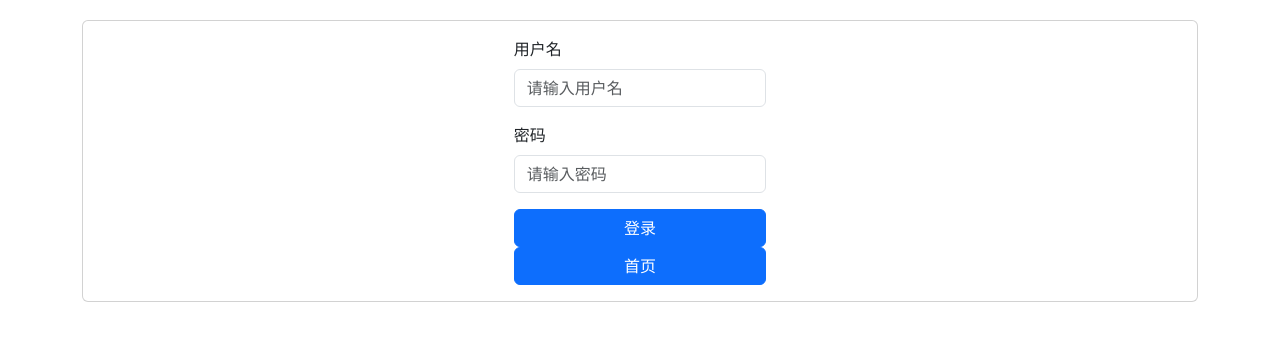
Repository: squawktop/CFS
Page: / (app in web/)
The author's editor kept a copy of each file at every save. The page is drawn from the files as they stood at one save, then again after the next save.
The browser window is 1280 px wide. The pictures show the whole page.
The project was rebuilt for these pictures with package versions that can differ from the ones it lists, and the page was loaded fresh each time. Also part of the build but not shown: web/vue.config.js, web/src/views/RegisterView.vue, web/src/components/NavBar.vue, web/src/views/HomeView.vue, web/src/views/UsersManageView.vue, web/src/views/PersonalCenterView.vue, web/src/views/GoodsManageView.vue, web/src/views/OrdersManageView.vue and 1 more.

Above is the page before, as saved 2024-03-23 16:04:14.

### web/src/App.vue
<template>
  <RouterView></RouterView>
</template>

<script>


// 导入bootstrap
import "bootstrap/dist/css/bootstrap.min.css"
import "bootstrap/dist/js/bootstrap"
// import { ref } from "vue";

// import $ from 'jquery';
export default {
  components: {

  }
  ,
  setup() {
    // const user_id = ref("");
    // const username = ref("");
    // const password = ref("");

    // $.ajax({
    //   type: "get",
    //   url: "http://127.0.0.1:3000/user/getlist",
    //   success(resp) {
    //     user_id.value = resp[0].id;
    //     username.value = resp[0].username;
    //     password.value = resp[0].password;

    //   },
    //   error() {
    //     this.user_id = "error"
    //   }
    // })




    return {

    }
  }

}

</script>

<style></style>

### web/src/router/index.js
import { createRouter, createWebHistory } from 'vue-router'
// import HomeView from '../views/HomeView.vue'
import LoginView from '../views/LoginView.vue'
import RegisterView from '../views/RegisterView.vue'
import HomeView from '../views/HomeView.vue'
import UsersManageView from '../views/UsersManageView.vue'
import PersonalCenterView from '../views/PersonalCenterView.vue'
import GoodsManageView from '../views/GoodsManageView.vue'
import OrdersManageView from '../views/OrdersManageView.vue'
import NotFound from '../views/NotFoundView.vue'
import store from '@/store/index'

const routes = [
  {
    path: '/',
    name: 'home',
    component: HomeView,
    // redirect: "/user/register",
    meta: { //该页面是否需要授权      //随便写， 也可以设置为   flag : true;
      requestAuth: true,
    }
  },

  {
    path: '/user/login',
    name: 'user_login',
    component: LoginView,
    meta: {
      requestAuth: false,
    }
  },

  {
    path: '/user/register',
    name: 'user_register',
    component: RegisterView,
    meta: { //该页面是否需要授权
      requestAuth: false,
    }
  },
  {
    path: '/user/personalcenter',
    name: 'personal_center',
    component: PersonalCenterView,
    meta: { //该页面是否需要授权
      requestAuth: true,
    }
  },

  {
    path: '/user/usermanage',
    name: 'user_manage',
    component: UsersManageView,
    meta: { //该页面是否需要授权
      requestAuth: true,
    }
  }
  ,
  {
    path: '/goods/manege',
    name: 'goods_manage',
    component: GoodsManageView,
    meta: { //该页面是否需要授权
      requestAuth: true,
    }
  }, {
    path: '/orders/manege',
    name: 'orders_manage',
    component: OrdersManageView,
    meta: { //该页面是否需要授权
      requestAuth: true,
    }
  },


  {
    path: "/404/",
    name: "404",
    component: NotFound
  },
  {
    path: "/:catchAll(.*)",
    redirect: "/404/",  //页面重定向到404
  }
]

const router = createRouter({
  history: createWebHistory(),
  routes
})

router.beforeEach((to, from, next) => {
  if (to.meta.requestAuth && !store.state.user.is_login) {
    next({ name: "user_login" });
  } else {
    next();
  }
})

export default router

### web/src/store/index.js
import { createStore } from 'vuex'
import ModuleUser from '@/store/user'

export default createStore({
  state: {
  },
  getters: {
  },
  mutations: {
  },
  actions: {
  },
  modules: {
    user: ModuleUser,
  }
})

### web/src/views/LoginView.vue
<template>
    <ContentField v-if="!$store.state.user.pulling_info">
        <div class="row justify-content-md-center">
            <div class="col-3">
                <form @submit.prevent="login">
                    <div class="mb-3">
                        <label for="username" class="form-label">用户名</label>
                        <input v-model="username" type="text" class="form-control" id="username" placeholder="请输入用户名" />
                    </div>
                    <div class="mb-3">
                        <label for="password" class="form-label">密码</label>
                        <input v-model="password" type="password" class="form-control" id="password"
                            placeholder="请输入密码" />
                    </div>
                    <div class="error-message">{{ error_message }} </div>
                    <button type="submit" class="btn btn-primary">登录</button>
                    <button type="submit" class="btn btn-primary"><router-link
                            :class="route_name == 'home' ? 'nav-link active' : 'nav-link'"
                            :to="{ name: 'home' }">首页</router-link></button>

                </form>
            </div>
        </div>
    </ContentField>

</template>

<script>
import ContentField from "@/components/ContentField.vue";
import { useStore } from "vuex"
import { ref } from "vue"
import router from "@/router/index";

export default {
    components: {
        ContentField,
    },
    setup() {
        const store = useStore();
        let username = ref('');
        let password = ref('');
        let error_message = ref('');


        const jwt_token = localStorage.getItem("jwt_token");
        if (jwt_token) {
            store.commit("updateToken", jwt_token);
            store.dispatch("getinfo", {
                success() {
                    router.push({ name: "home" });
                    store.commit("updatePullingInfo", false);
                }, error() {
                    store.commit("updatePullingInfo", false);
                }
            })
        } else {
            store.commit("updatePullingInfo", false);
        }




        const login = () => {
            error_message.value = "";
            store.dispatch("login", {
                username: username.value,
                password: password.value,
                success() {
                    store.dispatch("getinfo", {
                        success() {
                            router.push({ name: 'home' });
                        }
                    })

                },
                error() {
                    error_message.value = "用户名或密码错误";
                }
            })
        }

        return {
            username,
            password,
            error_message,
            login,

        }
    }
};
</script>

<style scoped>
button {
    width: 100%;
}

div.error-message {
    color: red;
}
</style>

### web/src/store/user.js
import router from '@/router';
import $ from 'jquery'
export default {
    state: {
        id: "",
        username: "",
        photo: "",
        token: "",
        is_login: false,
        pulling_info: true,
    },
    getters: {
    },
    mutations: {        //一般是用来修改数据的
        updateUser(state, user) {
            state.id = user.id;
            state.username = user.username;
            state.photo = user.photo;
            state.is_login = user.is_login;
        },
        updateToken(state, token) {
            state.token = token;
        },
        logout(state) {
            state.id = "";
            state.username = "";
            state.photo = "";
            state.token = "";
            state.is_login = false;
            router.push({ name: "user_login" });
        },
        updatePullingInfo(state, pulling_info) {
            state.pulling_info = pulling_info;
        },
    },

    actions: {

        login(context, data) {
            $.ajax({
                url: "http://127.0.0.1:3000/api/user/account/token/",
                type: "post",
                data: {
                    username: data.username,
                    password: data.password,
                },
                success(resp) {
                    if (resp.error_message === "success") {
                        localStorage.setItem("jwt_token", resp.token);
                        context.commit("updateToken", resp.token);
                        data.success(resp);
                    } else {
                        data.error(resp);
                    }
                },
                error(resp) {
                    data.error(resp)
                },
            });
        },
        getinfo(context, data) {
            $.ajax({
                url: "http://127.0.0.1:3000/api/user/account/info/",
                type: "get",
                headers: {
                    Authorization:
                        "Bearer " + context.state.token,
                },
                success(resp) {
                    if (resp.error_message === "success") {
                        // console.log(resp);
                        context.commit("updateUser", {
                            ...resp,
                            is_login: true,

                        });
                        data.success(resp);
                    } else {
                        data.success(resp);
                    }

                },
                error(resp) {
                    data.error(resp);
                },
            });

        },
        logout(context) {
            localStorage.removeItem("jwt_token");
            context.commit("logout")
        }
    },
    modules: {
    }
}

### web/src/components/ContentField.vue
<template>
    <div class="container content-field">
        <div class="card">
            <div class="card-body">
                <slot></slot>
            </div>
        </div>
    </div>
</template>

<script>
</script>

<style scoped>
div.content-field {
    margin-top: 20px;
}
</style>

Loaded but not shown: web/public/index.html (common file); web/src/main.js (common file)

After the next save:
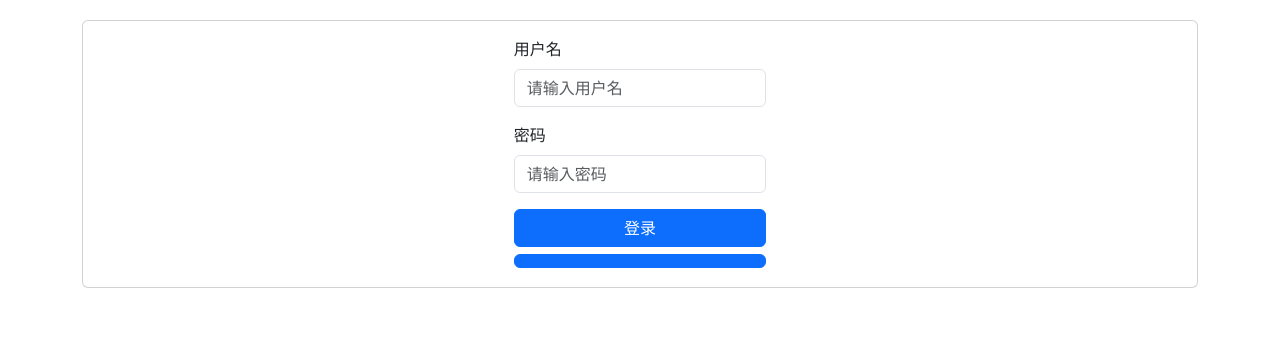
Saved 55 s later.
--- a/web/src/views/LoginView.vue
+++ b/web/src/views/LoginView.vue
@@ -16,7 +16,7 @@
                     <button type="submit" class="btn btn-primary">登录</button>
                     <button type="submit" class="btn btn-primary"><router-link
                             :class="route_name == 'home' ? 'nav-link active' : 'nav-link'"
-                            :to="{ name: 'home' }">首页</router-link></button>
+                            :to="{ name: 'home' }"></router-link></button>
 
                 </form>
             </div>

After the save that followed:
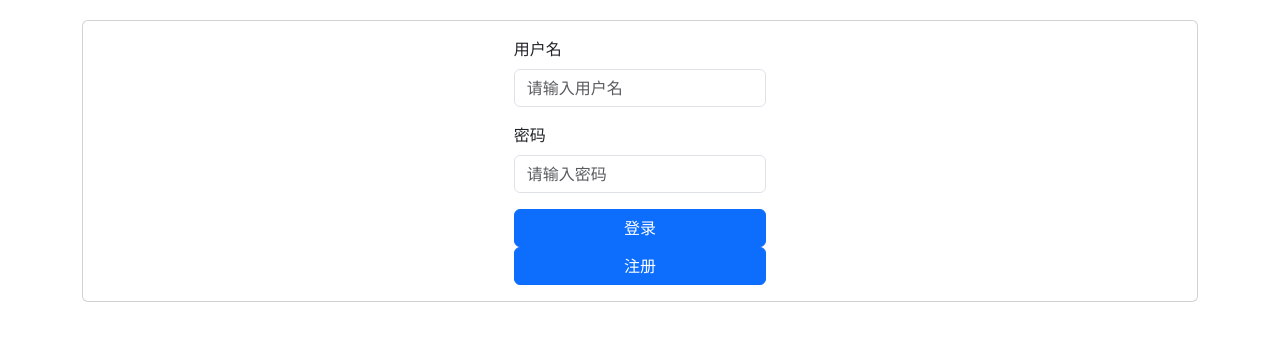
Saved 4 s later.
--- a/web/src/views/LoginView.vue
+++ b/web/src/views/LoginView.vue
@@ -16,7 +16,7 @@
                     <button type="submit" class="btn btn-primary">登录</button>
                     <button type="submit" class="btn btn-primary"><router-link
                             :class="route_name == 'home' ? 'nav-link active' : 'nav-link'"
-                            :to="{ name: 'home' }"></router-link></button>
+                            :to="{ name: 'home' }">注册</router-link></button>
 
                 </form>
             </div>
